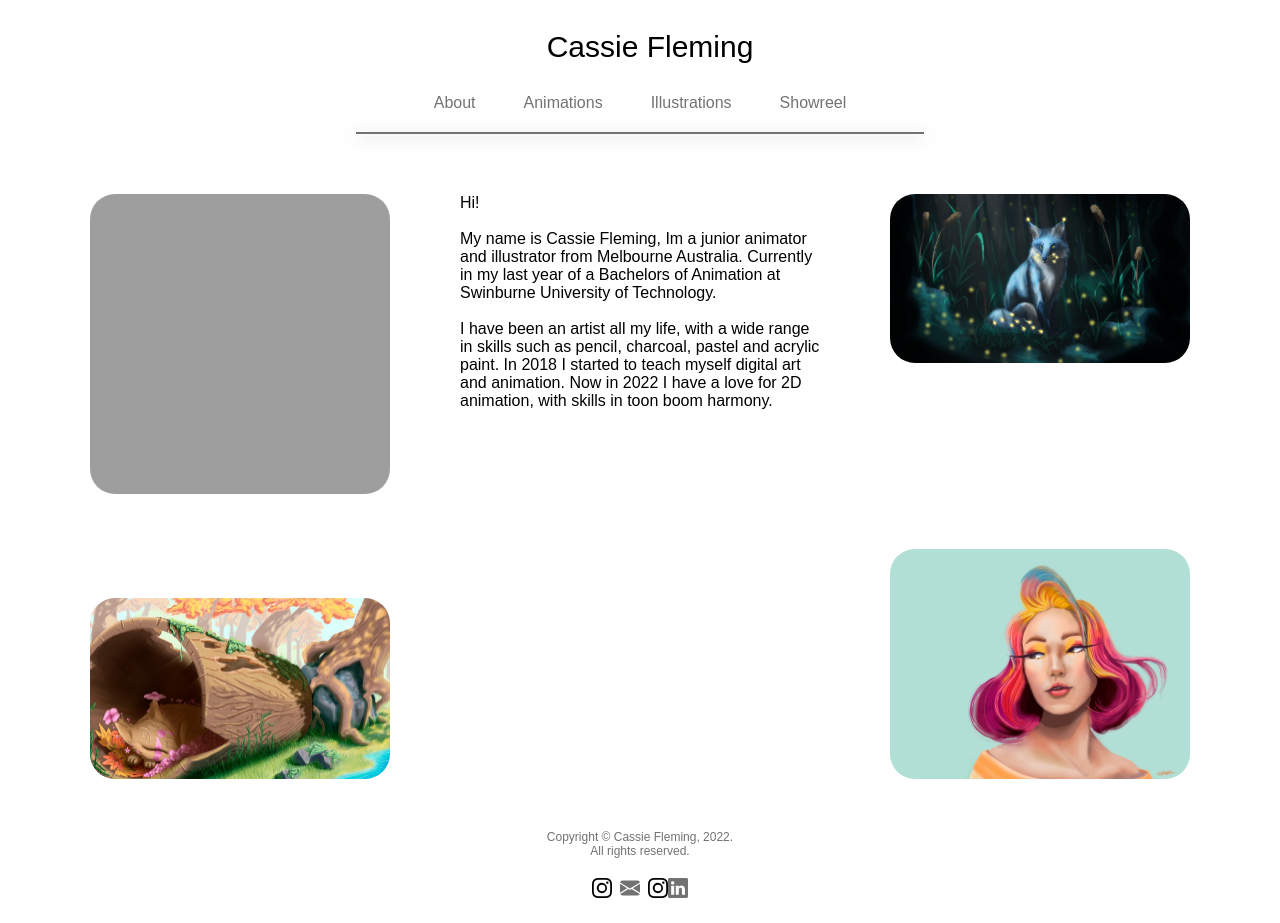
Repository: David-Waite/Cassie-Fleming-portfolio
Page: /
An editor plug-in stored every save of this project. The page is shown before and after the next save, followed by the edit.
The browser window is 1280 px wide. The pictures show the whole page.
Pictures or frames that could not be fetched are drawn as grey boxes. Some web fonts or font styles are not loaded; a fallback is used. The project was rebuilt for these pictures with package versions that can differ from the ones it lists, and the page was loaded fresh each time. The framework's server and built-in components were replaced by stand-ins that run in the browser. Also part of the build but not shown: next.config.js.

Above is the page before, as saved 2022-09-11 17:31:38.

After the next save:
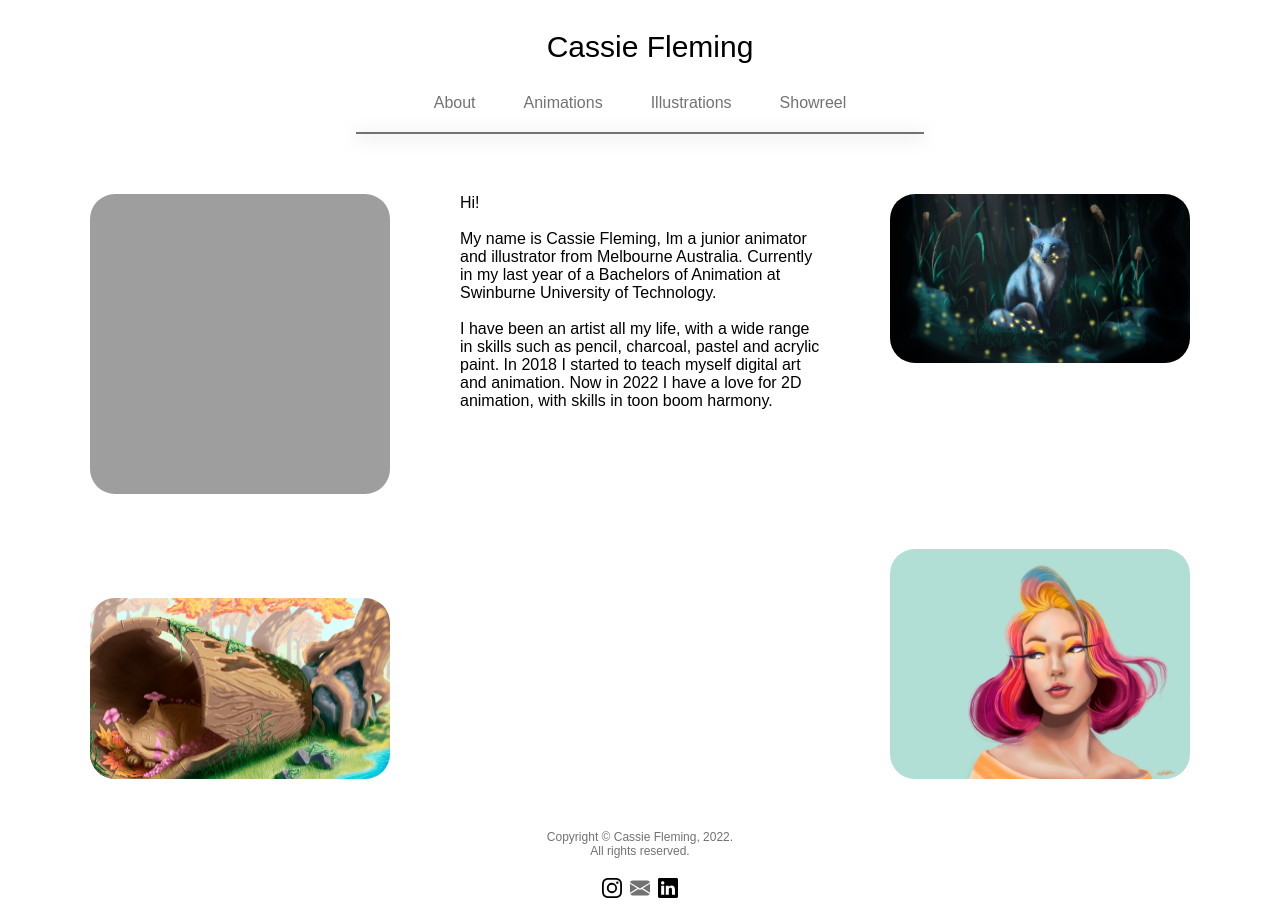
Saved 7 s later.
--- a/components/Layout.js
+++ b/components/Layout.js
@@ -61,10 +61,9 @@ export default function Layout({ children }) {
           <span>
             <Link href="http://www.google.com">
               <a>
-                <Instagram />
+                <Linkedin />
               </a>
             </Link>
-            <Linkedin />
           </span>
         </div>
       </footer>
